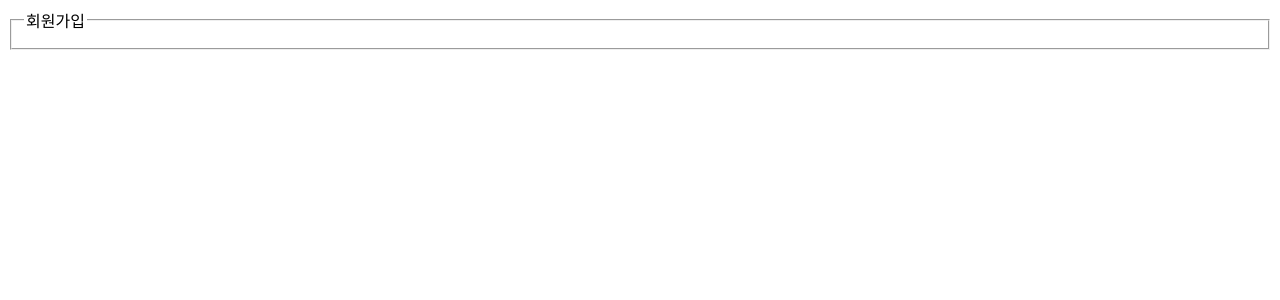
Repository: Scoobi-wisdoom/web
Page: d011/web/register.html
The author's editor kept a copy of each file at every save. The page is drawn from the files as they stood at one save, then again after the next save.
The browser window is 1280 px wide. The pictures show the whole page.

Above is the page before, as saved 2020-08-05 08:19:54.

### d011/web/register.html
<!DOCTYPE html>
<html>
<head>
<meta charset="EUC-KR">
<title>회원 가입</title>
</head>
<body>
<form action="register" method="GET">
	<fieldset>
		<legend>회원가입</legend>
		<table>


		</table>
	</fieldset>
</form>
</body>
</html>

After the next save:
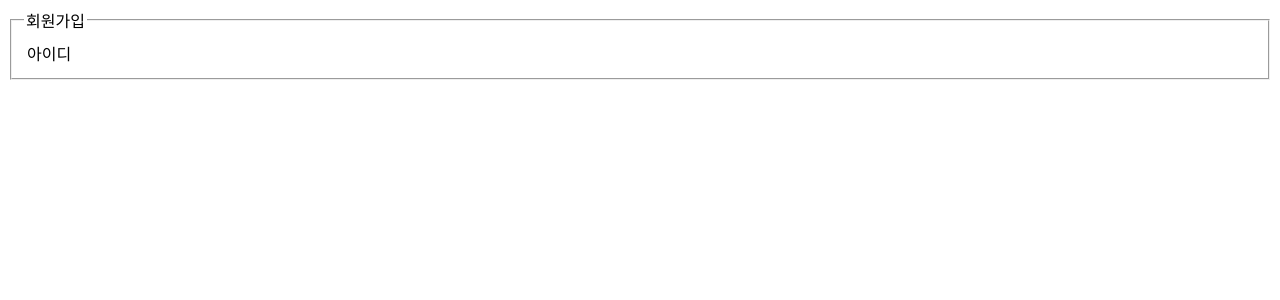
Saved 32 s later.
--- a/d011/web/register.html
+++ b/d011/web/register.html
@@ -9,6 +9,9 @@
 	<fieldset>
 		<legend>회원가입</legend>
 		<table>
+			<td>
+				아이디
+			</td>
 
 
 		</table>
